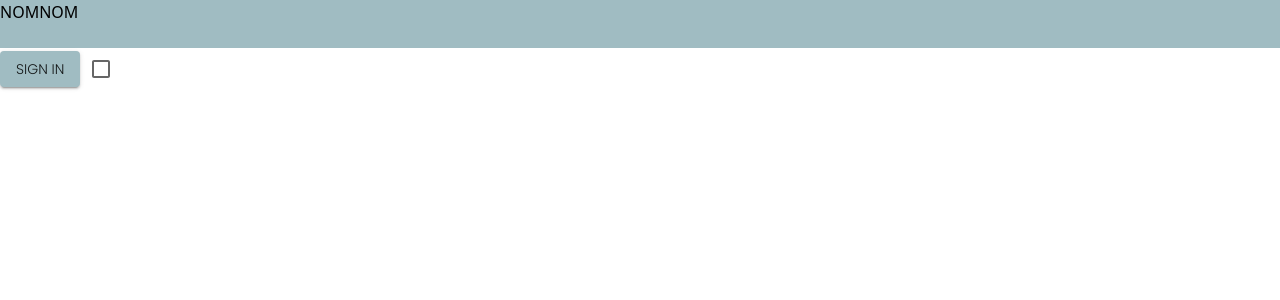
Repository: namphextra/portfolio
Page: /admin/login
The author's editor kept a copy of each file at every save. The page is drawn from the files as they stood at one save, then again after the next save.
The browser window is 1280 px wide. The pictures show the whole page.
The page's requests for data from a server got no answer. The project was rebuilt for these pictures with package versions that can differ from the ones it lists, and the page was loaded fresh each time. The framework's server and built-in components were replaced by stand-ins that run in the browser. No one was signed in, and anything a server would have sent is missing. Also part of the build but not shown: next.config.js.

Above is the page before, as saved 2023-02-15 17:11:54.

After the next save:
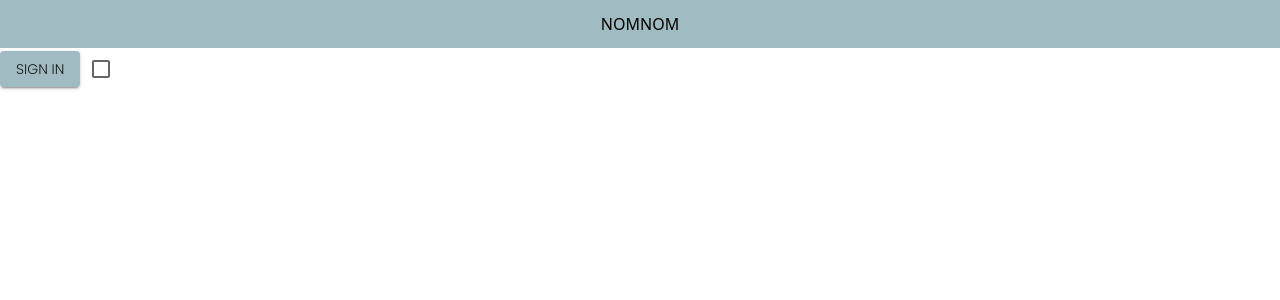
Saved 41 s later.
--- a/src/app/admin/layout.tsx
+++ b/src/app/admin/layout.tsx
@@ -7,7 +7,7 @@
 }) {
   return (
     <>
-      <header className="w-full h-12 bg-primary flex align-middle">
+      <header className="w-full h-12 bg-primary flex justify-center items-center">
         <p className="font-dancing text-center">NOMNOM</p>
       </header>
       {children}
